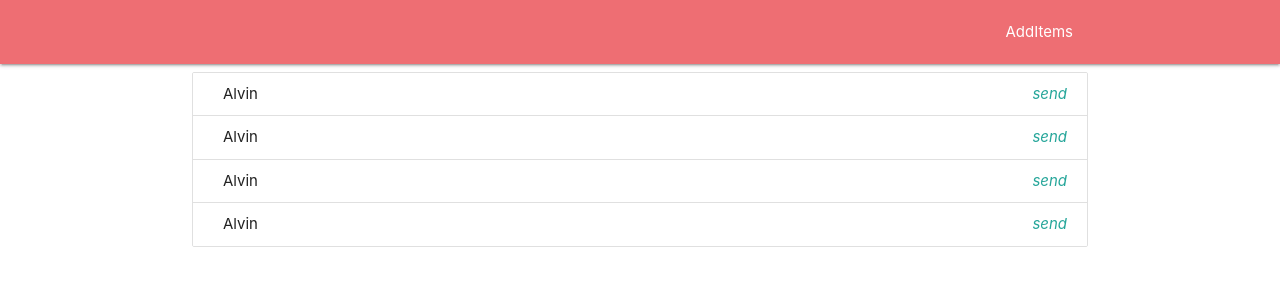
Repository: umarrg/crud-app-ejs-and-nodejs
Page: public/additem.html
These files come from the project's save history. The page is drawn as it stood at one moment and after a run of saves; the edit follows.
The browser window is 1280 px wide. The pictures show the whole page.

Above is the page before, as saved 2020-12-29 11:39:46.

After the next 2 saves:
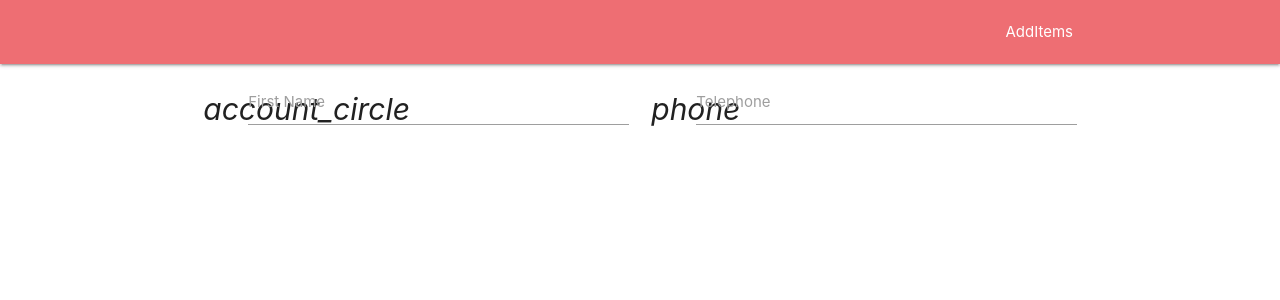
The 2 saves are shown as one change because they came seconds apart.
The last was saved 7 min 43 s later.
--- a/public/additem.html
+++ b/public/additem.html
@@ -18,13 +18,23 @@
         </div>
       </nav>
       <div class="container">
-        <ul class="collection with-header">
+        <div class="row">
+            <form class="col s12">
+              <div class="row">
+                <div class="input-field col s6">
+                  <i class="material-icons prefix">account_circle</i>
+                  <input id="icon_prefix" type="text" class="validate">
+                  <label for="icon_prefix">First Name</label>
+                </div>
+                <div class="input-field col s6">
+                  <i class="material-icons prefix">phone</i>
+                  <input id="icon_telephone" type="tel" class="validate">
+                  <label for="icon_telephone">Telephone</label>
+                </div>
+              </div>
+            </form>
+          </div>
 
-          <li class="collection-item"><div>Alvin<a href="#!" class="secondary-content"><i class="material-icons">send</i></a></div></li>
-          <li class="collection-item"><div>Alvin<a href="#!" class="secondary-content"><i class="material-icons">send</i></a></div></li>
-          <li class="collection-item"><div>Alvin<a href="#!" class="secondary-content"><i class="material-icons">send</i></a></div></li>
-          <li class="collection-item"><div>Alvin<a href="#!" class="secondary-content"><i class="material-icons">send</i></a></div></li>
-        </ul>
       </div>
 
 </body>
